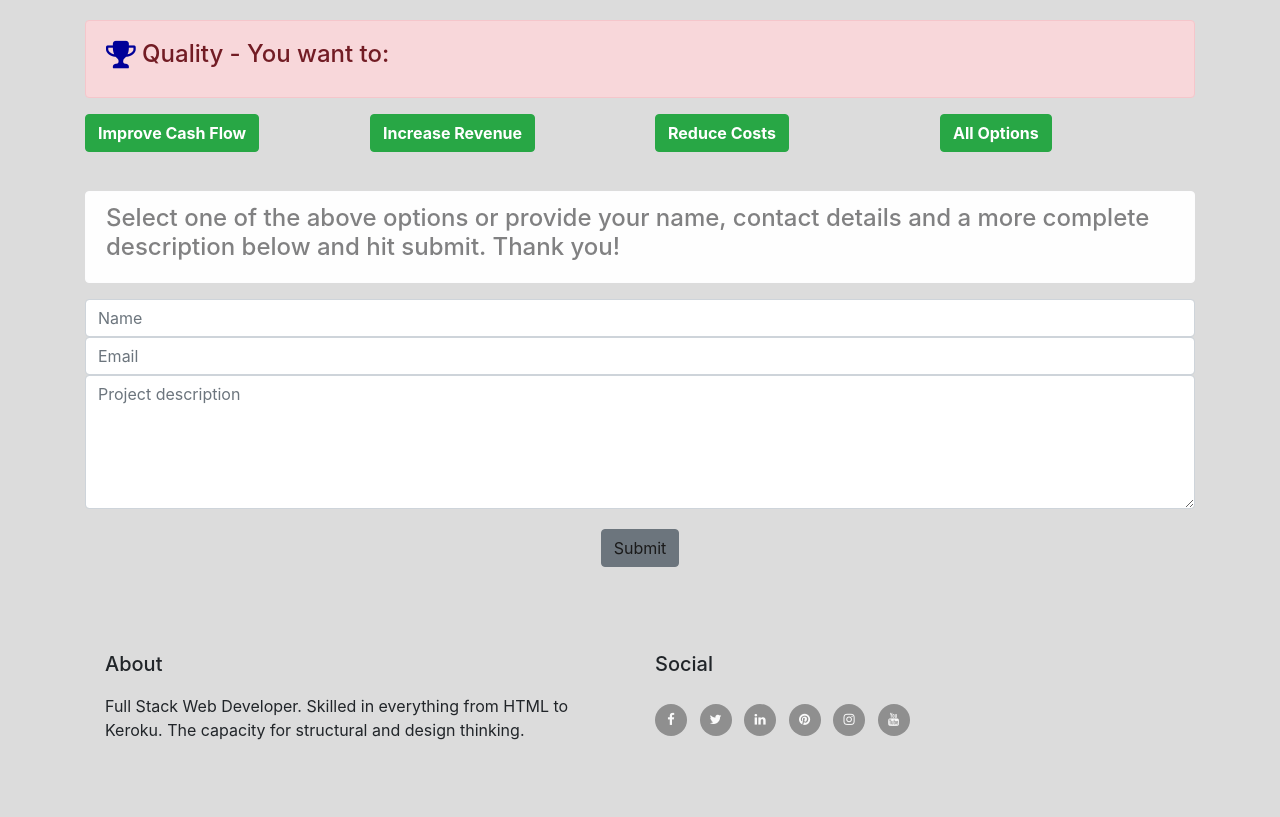
Repository: Code-Institute-Submissions/tenerim-milestone1
Page: Quality.html
The author's editor kept a record of every edit. The page is drawn from the files as they stood at one moment, then again after the next edit.
The browser window is 1280 px wide. The pictures show the whole page.

Above is the page before.

### Quality.html
<!DOCTYPE html>
<html lang="en">

<head>
    <meta charset="UTF-8">
    <meta name="viewport" content="width=device-width, initial-scale=1.0">
    <meta http-equiv="X-UA-Compatible" content="ie=edge">
    <link rel="stylesheet" href="https://stackpath.bootstrapcdn.com/bootstrap/4.3.1/css/bootstrap.min.css" type="text/css" />
    <link href="https://stackpath.bootstrapcdn.com/bootstrap/4.3.1/css/bootstrap.min.css" rel="stylesheet" integrity="sha384-ggOyR0iXCbMQv3Xipma34MD+dH/1fQ784/j6cY/iJTQUOhcWr7x9JvoRxT2MZw1T" crossorigin="anonymous">
    <link rel="stylesheet" href="https://stackpath.bootstrapcdn.com/font-awesome/4.7.0/css/font-awesome.min.css" type="text/css" />
    <link href="https://stackpath.bootstrapcdn.com/font-awesome/4.7.0/css/font-awesome.min.css" rel="stylesheet" integrity="sha384-wvfXpqpZZVQGK6TAh5PVlGOfQNHSoD2xbE+QkPxCAFlNEevoEH3Sl0sibVcOQVnN" crossorigin="anonymous">
    <link rel="stylesheet" href="assets/css/style.css" type="text/css" />
    <title>MT Milestone Project 1</title>

</head>

<!-------------------------------------------------------------Quality -->

<body>

    <section id="Quality" ;>

        <div class="container">

            <div class="row">
                <div class="col-sm-12">
                    <div class="alert alert-danger" role="alert">
                        <h4 class="alert-heading"><i class="fa fa-trophy fa-lg"aria-hidden="true"></i> Quality - You want to:</h4>
                    </div>
                </div>
            </div>

            <div class="row">

                <div class="col-sm-3">
                    <button type="button" class="btn btn-success"><a href="#" class="alert-link">Improve Cash Flow</a></button> <br />
                </div>
                <div class="col-sm-3">
                    <button type="button" class="btn btn-success"><a href="#" class="alert-link">Increase Revenue</a></button> <br />
                </div>
                <div class="col-sm-3">
                    <button type="button" class="btn btn-success"><a href="#" class="alert-link">Reduce Costs</a></button> <br />
                </div>
                <div class="col-sm-3">
                    <button type="button" class="btn btn-success"><a href="#" class="alert-link">All Options</a></button> <br /> <br />
                </div>
            </div>

            <div class="alert alert-light" role="alert">
                <h4 class="alert-heading">Select one of the above options or provide your name, contact details and a more complete description below and hit submit. Thank you!</h4>
            </div>

            <div class="center-form">
                <form>
                    <input type="text" name="name" id="fullname" class="form-control" placeholder="Name" required />
                    <input type="email" name="email" id="emailaddress" class="form-control" placeholder="Email" required />
                    <textarea rows="5" name="projectsummary" id="projectsummary" class="form-control" placeholder="Project description" required></textarea>
                    <div class="form-row text-center">
                        <div class="col">
                            <button type="submit" class="btn btn-secondary">Submit</button>
                        </div>
                    </div>
                </form>
            </div>

        </div>

    </section>


    <!-------------------------------------------------------------Footer -->

    <Section id="footer" ;>

        <footer class="container">
            <div id="footer-details" class="row">
                <div class="col-sm-6">
                    <h5 class="uppercase general-sub">About</h5>
                    <p class "inline-block">
                        Full Stack Web Developer. Skilled in everything from HTML to Keroku. The capacity for structural and design thinking.</p>
                </div>


                <div class="col-sm-6">
                    <h5 class="uppercase general-sub">Social</h5>
                    <ul class="list-inline social-links">
                        <li class="list-inline-item">
                            <a target="_blank" href="#">
                            <i class="fa fa-facebook" aria-hidden="true"></i>
                            <span class="sr-only">Facebook</span>
                        </a>
                        </li>
                        <li class="list-inline-item">
                            <a target="_blank" href="#">
                            <i class="fa fa-twitter" aria-hidden="true"></i>
                            <span class="sr-only">twitter</span>
                        </a>
                        </li>
                        <li class="list-inline-item">
                            <a target="_blank" href="#">
                            <i class="fa fa-linkedin" aria-hidden="true"></i>
                            <span class="sr-only">LinkedIn</span>
                        </a>
                        </li>
                        </li>
                        <li class="list-inline-item">
                            <a target="_blank" href="#">
                            <i class="fa fa-pinterest" aria-hidden="true"></i>
                            <span class="sr-only">Pinterest</span>
                        </a>
                        </li>
                        </li>
                        <li class="list-inline-item">
                            <a target="_blank" href="#">
                            <i class="fa fa-instagram" aria-hidden="true"></i>
                            <span class="sr-only">Instagram</span>
                        </a>
                        </li>
                        </li>
                        <li class="list-inline-item">
                            <a target="_blank" href="#">
                            <i class="fa fa-youtube" aria-hidden="true"></i>
                            <span class="sr-only">YouTube</span>
                        </a>
                        </li>
                    </ul>
                </div>
            </div>

        </footer>

    </Section>

</body>

</html>

### assets/css/style.css
.container-fluid {
    background-color: rgb(220, 220, 220);
}

section {
    background-color: rgb(220, 220, 220);
    padding-top: 10px;
    padding-bottom: 10px
}


.splash {
    background-color: rgb(192, 192, 192)
}


.display-4 {
    padding-top: 50px
}


.lead {
    padding-bottom: 50px
}


.headbox {
    border-radius: 25px;
    border: 2px solid #73AD21;
    padding: 10px;
    text-align: center;
    width: 200px;

}

h4 {
    color: rgb(255, 255, 255)
}



.alert-link {

color: rgb(255, 255, 255)
}

.nav-link {
    color: #1a1a1a
}


.btn {
    color: #1a1a1a
}


.fa {
     color: #000099
    }



/*--------------------------------------How I Got Here-----*/

.timeline-item {
    padding: 0em 1em 1em 1em;
    border-left: 1px solid
}

.timeline-item:before {
    content: attr(data-dates);
    left: 2.5em;
    top: 3em;
    display: block;
    font-weight: 500;
    font-size: 1em;
    color: #000099;
}

.timeline-item:after {
    width: 12px;
    height: 12px;
    display: block;
    top: -3em;
    position: relative;
    left: -23px;
    border-radius: 12px;
    content: "";
    background: #000099
}


/*--------------------------------------How I Add Value-----*/

.values {
        font-size: 13px;
        color: #fafafa
    }






/*--------------------------------------Contact-----*/

.contact {
  position: relative;
  text-align: center;
  color: white
}


.top-left {
  position: absolute;
  top: 8px;
  left: 16px
}




/*--------------------------------------Footer-----*/

.social-links {
    padding-bottom: 15px
}

.social-links li a i {
    width: 32px;
    height: 32px;
    padding: 12px 0;
    border-radius: 50%;
    font-size: 13px;
    line-height: 7px;
    text-align: center;
    color: #fafafa;
    background: #8f8f8f;
    transition: all 0.35s ease-in-out;
    -moz-transition: all 0.35s ease-in-out;
    -webkit-transition: all 0.35s ease-in-out;
    -o-transition: all 0.35s ease-in-out
}

.social-links li a i:hover {
    background: #e84610
}

#footer-details {
    padding: 20px
}


/*--------------------------------------Padding-----*/

li     {
    padding-top: 10px;
    padding-bottom: 10px
}

.container
{
    padding-top: 10px;
    padding-bottom: 10px
}

h2 {
    padding-top: 10px;
    padding-bottom: 10px
}



h3 {
    padding-top: 10px;
    padding-bottom: 10px
}



h5 {
    padding-top: 10px;
    padding-bottom: 10px
}

.fa {
    padding-top: 10px;
    padding-bottom: 10px
 }

.btn-block  {
     margin-top: 10px
    }

  .btn  {
     margin-bottom: 15px
    }



.text-center {
    padding-top: 20px
}

.navbar {
    padding-top: 10px;
    padding-bottom: 10px
}

After the next edit:
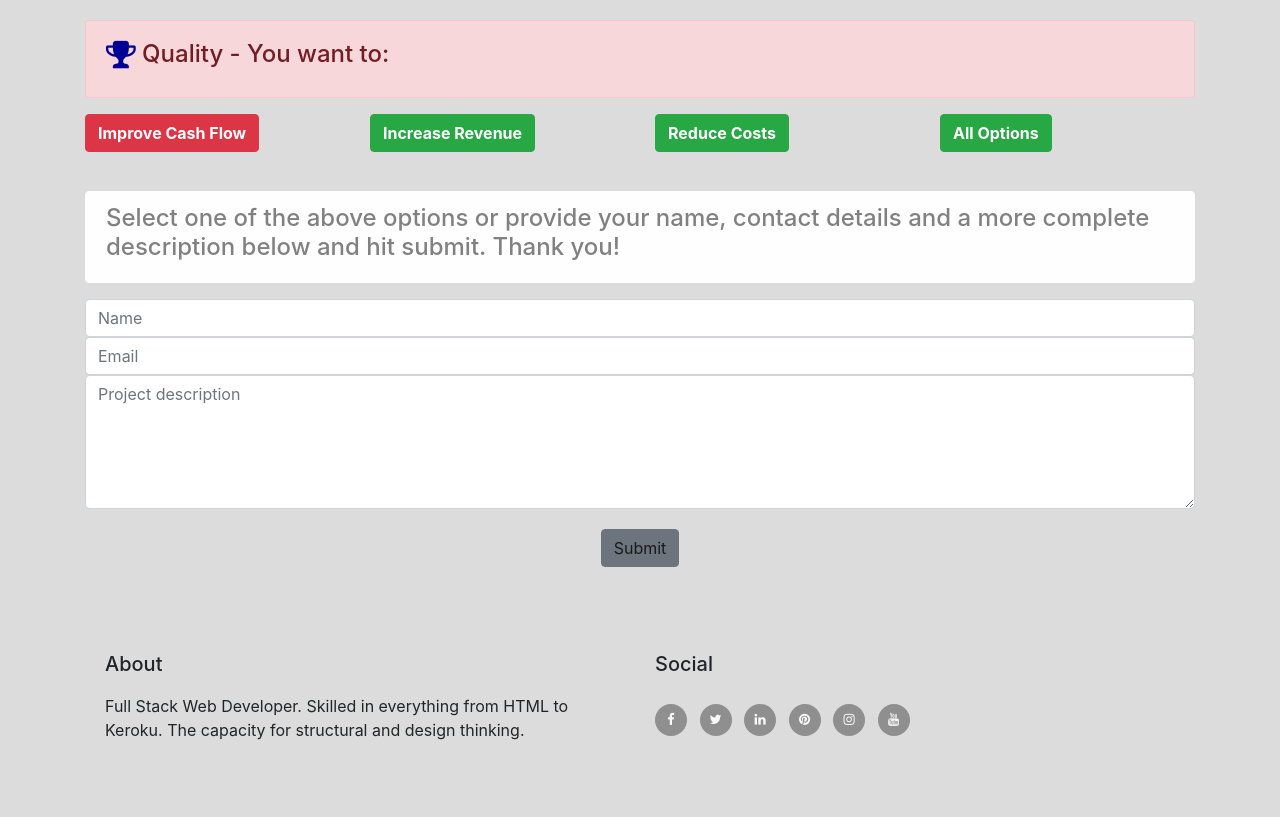
The edit:
--- a/Quality.html
+++ b/Quality.html
@@ -33,7 +33,7 @@
             <div class="row">
 
                 <div class="col-sm-3">
-                    <button type="button" class="btn btn-success"><a href="#" class="alert-link">Improve Cash Flow</a></button> <br />
+                    <button type="button" class="btn btn-danger"><a href="#" class="alert-link">Improve Cash Flow</a></button> <br />
                 </div>
                 <div class="col-sm-3">
                     <button type="button" class="btn btn-success"><a href="#" class="alert-link">Increase Revenue</a></button> <br />
